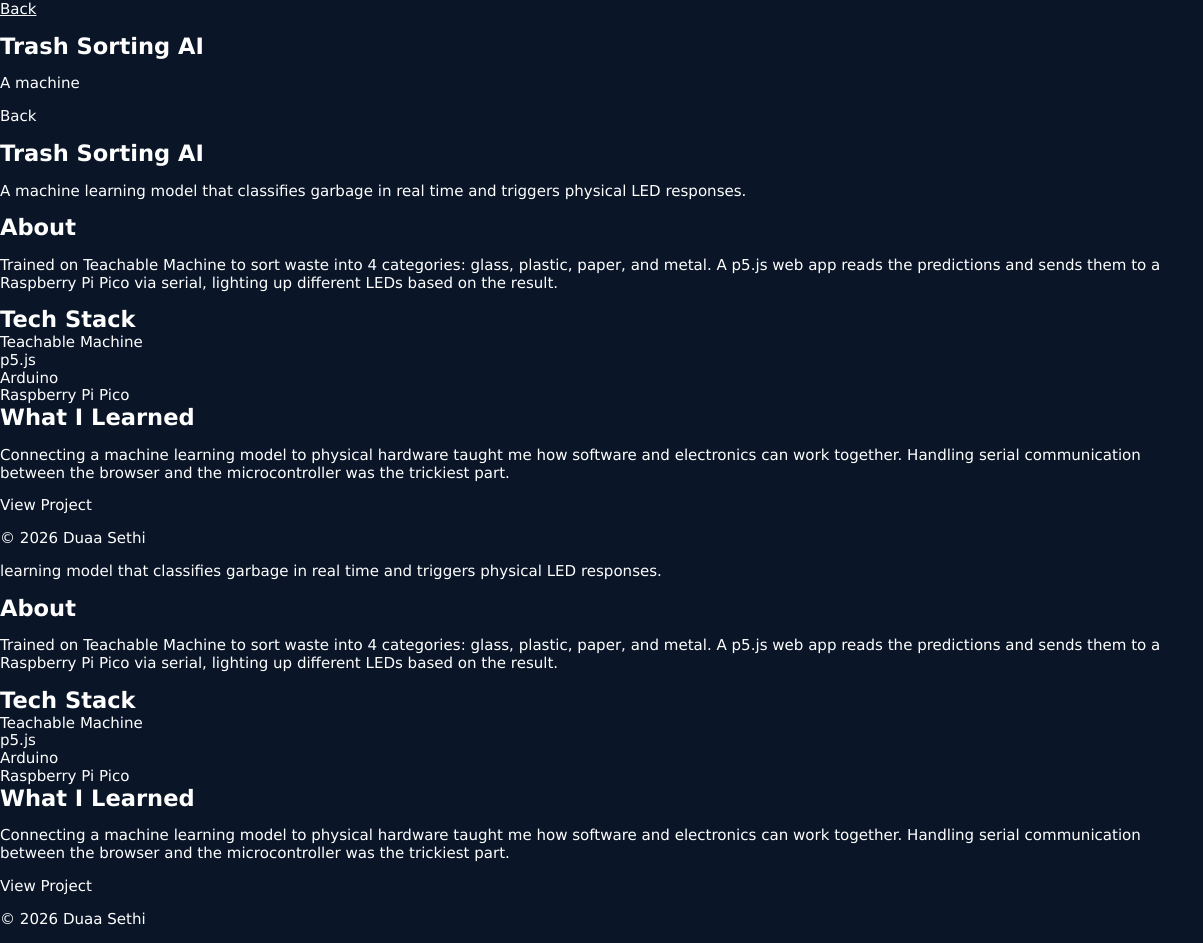
Repository: Duaa-Sethi/Duaa-Sethi
Page: pages/trash-sorting.html
An editor plug-in stored every save of this project. The page is shown before and after the next save, followed by the edit.
The browser window is 1280 px wide. The pictures show the whole page, at 94% of full size.
Some web fonts or font styles are not loaded; a fallback is used.

Above is the page before, as saved 2026-05-08 17:23:00.

### pages/trash-sorting.html
<!doctype html>
<html lang="en">
  <head>
    <meta charset="UTF-8" />
    <meta name="viewport" content="width=device-width, initial-scale=1.0" />
    <title>Trash Sorting AI | Duaa Sethi</title>
    <link rel="stylesheet" href="../styles/globals.css" />
    <link rel="stylesheet" href="../styles/project.css" />
  </head>
  <body>
    <nav>
      <ul>
        <li><a href="../index.html" class="tag">Back</a></li>
      </ul>
    </nav>

    <main>
      <h1>Trash Sorting AI</h1>
      <p>
        A machine <!doctype html>
        <html lang="en">
          <head>
            <meta charset="UTF-8" />
            <meta
              name="viewport"
              content="width=device-width, initial-scale=1.0"
            />
            <title>Trash Sorting AI | Duaa Sethi</title>
            <link rel="stylesheet" href="../styles/globals.css" />
            <link rel="stylesheet" href="../styles/project.css" />
          </head>
          <body>
            <nav>
              <ul>
                <li><a href="../index.html" class="tag">Back</a></li>
              </ul>
            </nav>

            <main>
              <h1>Trash Sorting AI</h1>
              <p>
                A machine learning model that classifies garbage in real time
                and triggers physical LED responses.
              </p>

              <h2>About</h2>
              <p>
                Trained on Teachable Machine to sort waste into 4 categories:
                glass, plastic, paper, and metal. A p5.js web app reads the
                predictions and sends them to a Raspberry Pi Pico via serial,
                lighting up different LEDs based on the result.
              </p>

              <h2>Tech Stack</h2>
              <ul class="tags">
                <li>Teachable Machine</li>
                <li>p5.js</li>
                <li>Arduino</li>
                <li>Raspberry Pi Pico</li>
              </ul>

              <h2>What I Learned</h2>
              <p>
                Connecting a machine learning model to physical hardware taught
                me how software and electronics can work together. Handling
                serial communication between the browser and the microcontroller
                was the trickiest part.
              </p>

              <a
                href="https://editor.p5js.org/duairfansethi/full/mdRLpCkG2"
                target="blank"
                class="btn"
                >View Project</a
              >
            </main>

            <footer>
              <p>© 2026 Duaa Sethi</p>
            </footer>
          </body>
        </html>
        learning model that classifies garbage in real time and triggers
        physical LED responses.
      </p>

      <h2>About</h2>
      <p>
        Trained on Teachable Machine to sort waste into 4 categories: glass,
        plastic, paper, and metal. A p5.js web app reads the predictions and
        sends them to a Raspberry Pi Pico via serial, lighting up different LEDs
        based on the result.
      </p>

      <h2>Tech Stack</h2>
      <ul class="tags">
        <li>Teachable Machine</li>
        <li>p5.js</li>
        <li>Arduino</li>
        <li>Raspberry Pi Pico</li>
      </ul>

      <h2>What I Learned</h2>
      <p>
        Connecting a machine learning model to physical hardware taught me how
        software and electronics can work together. Handling serial
        communication between the browser and the microcontroller was the
        trickiest part.
      </p>

      <a
        href="https://editor.p5js.org/duairfansethi/full/mdRLpCkG2"
        target="blank"
        class="btn"
        >View Project</a
      >
    </main>

    <footer>
      <p>© 2026 Duaa Sethi</p>
    </footer>
  </body>
</html>

### styles/globals.css
/* FONT DEFS */
@font-face {
  font-family: "main font";
  src: url(../assets/fonts/NewsCycle-Regular.ttf);
}

/* CROSS PAGE STYLES */
body {
  font-family: "main font", Verdana, sans-serif;
  color: white;
  margin: 0;
}

h1 {
  font-weight: bold;
  font-size: 1.5rem; /* too small for desktop*/
}

a {
  text-decoration: none;
  color: white;
}
h2,
h3 {
  margin: 0;
}
a:hover {
  text-decoration: underline;
}
ul {
  list-style: none;
  padding: 0;
  margin: 0;
}

### styles/project.css
body {
  background-color: #0a1628;
}

After the next save:
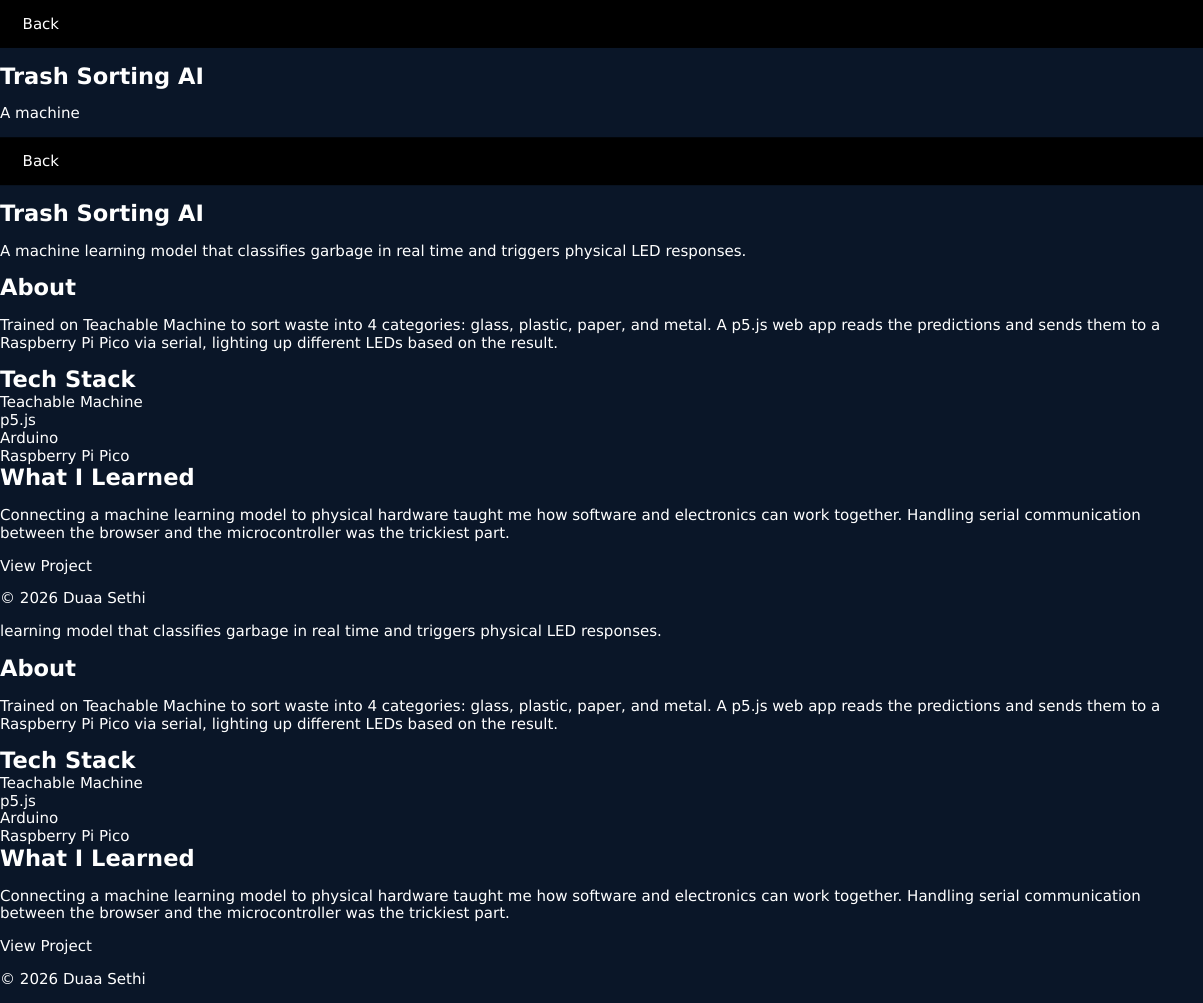
Saved 106 s later.
--- a/styles/project.css
+++ b/styles/project.css
@@ -1,3 +1,7 @@
 body {
   background-color: #0a1628;
 }
+nav {
+  background-color: black;
+  padding: 1rem 1.5rem;
+}
